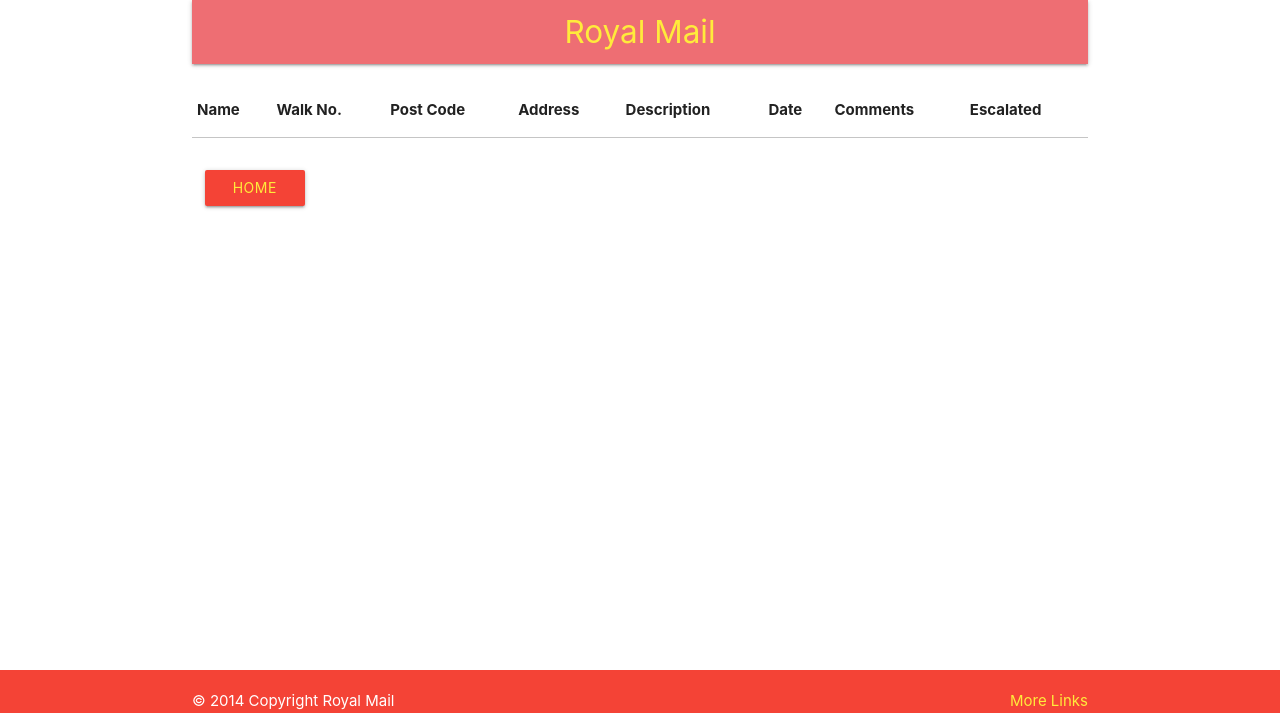
Repository: bandyp/Postal-Reminders
Page: http://localhost/see_route
The author's editor kept a record of every edit. The page is drawn from the files as they stood at one moment, then again after the next edit.
The browser window is 1280 px wide. The pictures show the whole page.
The page is served by the project's application, run on Flask 3 (app.py). Queries for data that is not in the repository find no rows.

Above is the page before.

After the next edit:
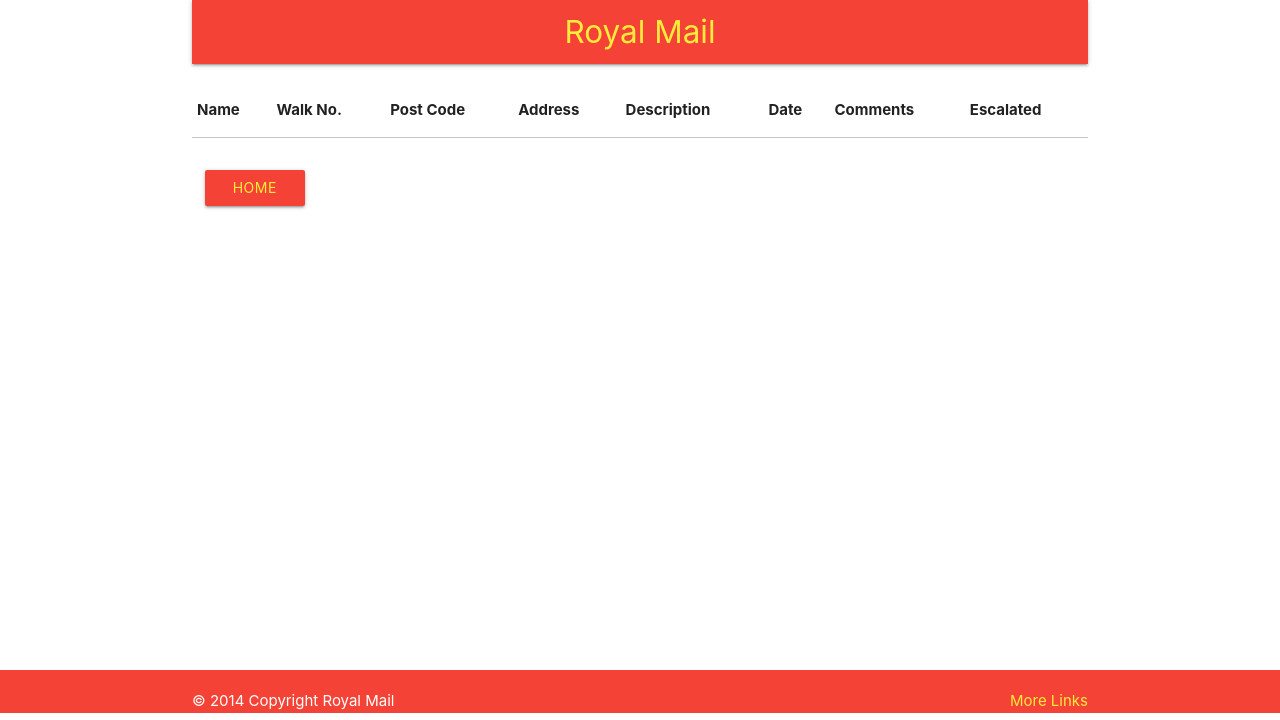
The edit:
--- a/templates/route.html
+++ b/templates/route.html
@@ -4,7 +4,7 @@
 
 <div class="row">
   <nav col s9>
-    <div class="nav-wrapper">
+    <div class="nav-wrapper red">
       <a href="{{ url_for('goto_home') }}" class="brand-logo yellow-text center">Royal Mail</a>
     </div>
   </nav>
